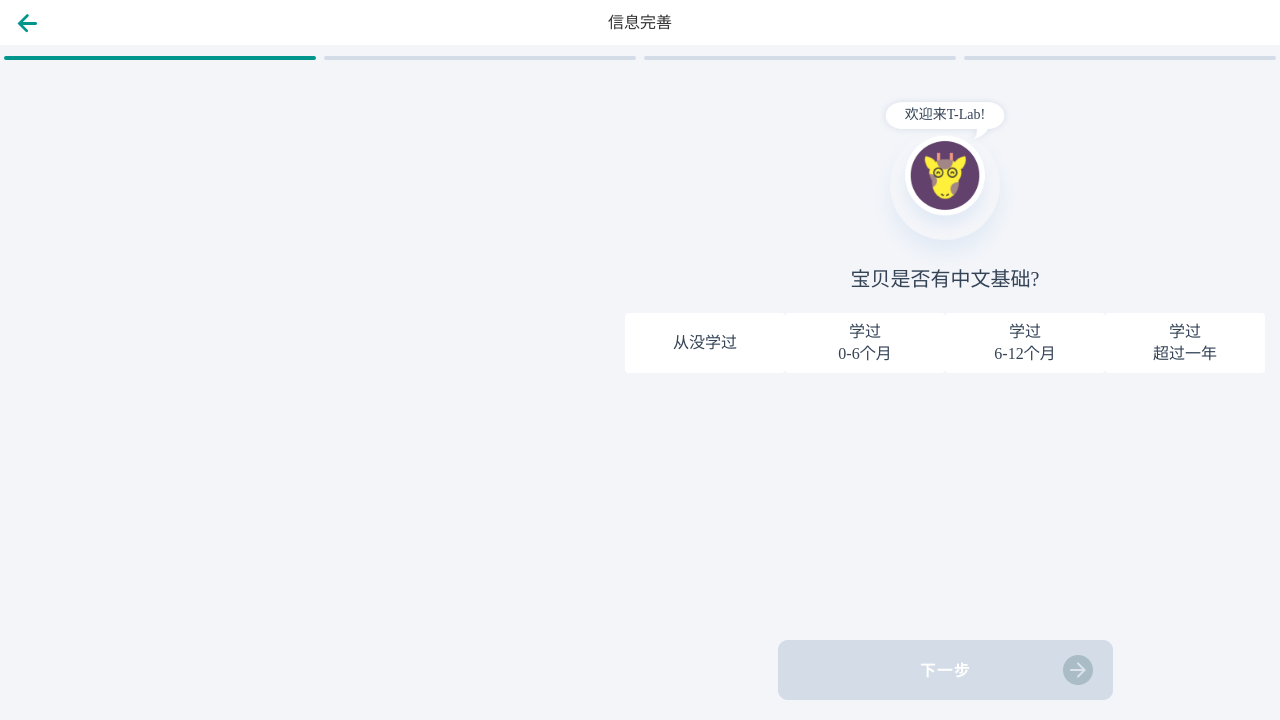
Repository: huangjf1/1
Page: /
The author's editor kept a copy of each file at every save. The page is drawn from the files as they stood at one save, then again after the next save.
The browser window is 1280 px wide. The pictures show the whole page.
The project was rebuilt for these pictures with package versions that can differ from the ones it lists, and the page was loaded fresh each time. Also part of the build but not shown: vue.config.js.

Above is the page before, as saved 2021-08-24 12:17:23.

### src/main.js
import { createApp } from 'vue'
import { NavBar, Swipe, SwipeItem, Picker, Field, Popup } from 'vant';
import App from './App.vue'
import router from './router'
import less from 'less'
import "lib-flexible/flexible.js"
import 'vant/lib/index.css';
const app = createApp(App)
app.use(router)
app.use(less)
app.use(NavBar)
app.use(Swipe)
app.use(Picker)
app.use(Field)
app.use(SwipeItem)
app.use(Popup)
app.mount('#app')

### src/App.vue
<template>
  <div id="app">
    <router-view></router-view>
  </div>
</template>

<script>
export default {
  name: 'App',
}
</script>
<style>
*{
  margin: 0;
  padding: 0;
  font-family: Montserrat,PingFang,Microsoft YaHei;
}
#app {
  width: 100%;
  height: 100%;
  position: absolute;
  left: 0;
  right: 0;
  top: 0;
  bottom: 0;
}
</style>

### src/router/index.js
import { createRouter, createWebHashHistory } from 'vue-router'
const router = createRouter({
  history: createWebHashHistory(),
  routes: [
    {
      path: '/',
      name: '/',
      redirect: '/index'
    },
    {
    path: '/index',
    name: 'index',
    component: () => import('@/views/index.vue'),
    meta: {
      index: 1
    }
  },]
})
export default router

### src/views/index.vue

<template>
  <div class="content">
    <van-nav-bar title="信息完善" left-arrow @click-left="onClickLeft">
      <template #left>
        <img class="backIcon" src="@/assets/image/back.png" alt="">
      </template>
    </van-nav-bar>
    <div class="tabs">
      <div :class="initIndex>=0?'currentTab':''"></div>
      <div :class="initIndex>=1?'currentTab':''"></div>
      <div :class="initIndex>=2?'currentTab':''"></div>
      <div :class="initIndex>=3?'currentTab':''"></div>
      <!-- <div :class="initIndex==4?'currentTab':''"></div> -->
    </div>
    <div class="my-swipe">
      <van-swipe ref="swipe"  indicator-color="transparent" :touchable="false">
        <!-- 是否有中文基础 -->
        <van-swipe-item class="pageFour">
          <div class="select-chines">
            <div class="message-info">欢迎来T-Lab!</div>
            <img class="avatar" src="@/assets/image/avatar.png">
            <p>宝贝是否有中文基础?</p>
            <div class="select-list-box">
              <div @click="selectChines!=0?selectChines=0:selectChines=null" class="select-list" :class="selectChines==0?'current-select-list':''">
                从没学过
              </div>
              <div @click="selectChines!=1?selectChines=1:selectChines=null" class="select-list" :class="selectChines==1?'current-select-list':''">
                <p>学过</p>
                <p>0-6个月</p>
              </div>
              <div @click="selectChines!=2?selectChines=2:selectChines=null" class="select-list" :class="selectChines==2?'current-select-list':''">
                <p>学过</p>
                <p>6-12个月</p>
              </div>
              <div @click="selectChines!=3?selectChines=3:selectChines=null" class="select-list" :class="selectChines==3?'current-select-list':''">
                <p>学过</p>
                <p>超过一年</p>
              </div>
            </div>
          </div>
          <div class="btn" @click="next(1)" v-show="selectChines!=null"></div>
          <div class="btn-gray" v-show="selectChines==null"></div>
        </van-swipe-item>
        <!-- 学习中文的侧重点 -->
        <van-swipe-item class="pageFour">
          <div class="select-chines">
            <img class="avatar" src="@/assets/image/avatar.png">
            <p>宝贝学习中文的侧重点? (可多选)</p>
            <div class="select-list-box">
              <div class="select-list" @click="selectList(item, index)" :class="item.check==true?'current-select-list':''" v-for="(item, index) in list" :key="index">
                {{item.text}}
              </div>
            </div>
          </div>
          <div class="btn" @click="next(2)" v-show="list.some(item => item.check === true)"></div>
          <div class="btn-gray" v-show="!list.some(item => item.check === true)"></div>
        </van-swipe-item>
        <!-- 选择出生年月 -->
        <van-swipe-item class="pageThree">
          <div class="select-age">
            <img class="avatar" src="@/assets/image/avatar.png">
            <p>宝贝哪年出生?</p>
            <van-field
              v-model="result"
              is-link
              readonly
              placeholder="请选择"
              @click="showPicker = true"
              arrow-direction='down'
              input-align='center'
              :border='false'
            />
            <div class="age-desc">我们会根据孩子不同的年龄推荐相应的体验课程</div>

          </div>
          <div class="btn" @click="next(3)" v-show="result"></div>
          <div class="btn-gray" v-show="!result"></div>
        </van-swipe-item>
        <!-- 输入昵称 -->
        <van-swipe-item class="pageOne">
          <div class="pageOneDesc">
            <img class="avatar" src="@/assets/image/avatar.png">
            <div class="nameDesc">点击输入宝贝昵称</div>
            <input @input="changeText" v-model="name" type="text" placeholder="请输入">
            <div class="message" :class="firstShow?'messageColor':''">最多14个英文字符或7个汉字</div>
          </div>
          <div class="btn btn-success" v-show="!firstShow"></div>
          <div class="btn-gray" v-show="firstShow"></div>
        </van-swipe-item>
        <!-- 选择性别 -->
        <!-- <van-swipe-item class="pageTwo">
          <div class="selectSex">
            <div class="man" @click="selectSex!=1?selectSex=1:selectSex=''">
              <img class="manImg" src="@/assets/image/man.png">
              <img class="checkImg" v-show="selectSex==1" src="@/assets/image/checked.png">
            </div>
            <div class="andText">或</div>
            <div class="woman" @click="selectSex!=2?selectSex=2:selectSex=''">
              <img class="womanImg" src="@/assets/image/woman.png">
              <img class="checkImg" v-show="selectSex==2" src="@/assets/image/checked.png">
            </div>
          </div>
          <div class="btn" @click="next(2)" v-show="selectSex!=''"></div>
          <div class="btn-gray" v-show="selectSex==''"></div>
        </van-swipe-item> -->
      </van-swipe>
    </div>
    <van-popup v-model:show="showPicker" round position="bottom">
      <van-picker
        show-toolbar
        :columns="columns"
        @cancel="showPicker = false"
        @confirm="onConfirm"
        confirm-button-text="确定"
        confirm-color='red'
      />
    </van-popup>
  </div>
</template>
<script>
import { ref, onMounted } from 'vue'
export default {
  components: {

  },
  setup () {
    let initIndex = ref(0)
    let name = ref('')
    let selectChines = ref(null)
    let swipe = ref('')
    let firstShow = ref(true)
    let selectSex = ref('')
    let date = new Date()
    let year = date.getFullYear()
    console.log(year)
    const columns = []
    for (var i = 2000;i<=year;i++){
      columns.unshift({
        text: i
      })
    }
    // 侧重点列表
    const list = ref([
      { text: '拼音', check: false },
      { text: '听力', check: false },
      { text: '阅读', check: false },
      { text: '口语', check: false}
    ])
    const result = ref('');
    const showPicker = ref(false);
    const onConfirm = (value) => {
      result.value = value.text;
      showPicker.value = false;
    };
    // 返回
    const onClickLeft = () => {
      if (initIndex.value>0){
        swipe.value.prev()
        initIndex.value -= 1
      }
    }
    const selectList = (item) => {
      item.check = !item.check
    }
    const changeText = () => {
      /*eslint-disable*/
      let len = name.value.replace(/[^\x00-\xFF]/g,'**').length
      if (len<=14 && len>0) {
        firstShow.value = false
      } else {
        firstShow.value = true
      }
    }
    const next = (index) => {
      if (initIndex.value<4){
        swipe.value.next()
        initIndex.value = index
      }
    }
    onMounted (()=>{

    })
    return {
      initIndex,
      swipe,
      firstShow,
      columns,
      result,
      showPicker,
      list,
      selectChines,
      name,
      changeText,
      selectSex,
      onClickLeft,
      onConfirm,
      selectList,
      next
    }
  }
}
</script>
<style scoped lang="less">
 .content {
   width: 100%;
   height: 100%;
   margin: 0 auto;
   display: flex;
   flex-direction: column;
   background: #f3f5f9;
   .backIcon {
     width: 24px;
     height: 24px;
   }
   .my-swipe {
      flex: 1;
      .van-swipe {
       height: 100%;
      }
      .van-swipe-item {
       color: #fff;
       font-size: 20px;
       text-align: center;
      }
      /deep/.van-swipe__indicators {
        display: none;
      }
      .pageOne {
        max-width: 670px;
        position: relative;
        display: flex;
        flex-direction: column;
        .pageOneDesc{
          flex: 1;
          max-width: 670px;
        }
        .nameDesc {
          text-align: center;
          color: #344356;
          font-size: 16px;
          font-weight: 600;
          font-family: PingFang HK;
          margin-top: 25px;
        }
        input {
          width: 335px;
          height: 16px;
          line-height: 16px;
          background: #FFFFFF;
          padding: 17px 0;
          border-radius: 10px;
          border: none;
          outline: none;
          font-size: 16px;
          text-align: center;
          margin-top: 19px;
          color: #344356;
        }
        .message {
          color: #344356;
          font-size: 14px;
          margin-top: 10px;
          &.messageColor {
            color: #FF7044;
          }
        }

      }
      .pageTwo {
        position: relative;
        display: flex;
        flex-direction: column;
        .selectSex {
          width: 140px;
          height: 340px;
          margin: 100px auto 0;
          flex: 1;
          .man,.woman {
            width: 140px;
            height: 140px;
            background: #FFFFFF;
            position: relative;
            cursor: pointer;
            .manImg{
              width: 56px;
              height: 59px;
              position: absolute;
              left: 0;
              top: 0;
              bottom: 0;
              right: 0;
              margin: auto;
            }
            .womanImg {
              width: 62px;
              height: 58px;
              position: absolute;
              left: 0;
              top: 0;
              bottom: 0;
              right: 0;
              margin: auto;
            }
            .checkImg {
              width: 22px;
              height: 22px;
              position: absolute;
              right: 5px;
              top: 5px;
            }
          }
          .andText {
            height: 60px;
            line-height: 60px;
            color: #344356;
            text-align: center;
            font-size: 16px;
          }
        }
      }
      .pageThree {
        display: flex;
        flex-direction: column;
        max-width: 670px;
        .select-age {
          max-width: 670px;
          flex: 1;
          margin: 0 auto;
          >p{
            color: #344356;
            font-size: 20px;
            margin-top: 20px;
            font-family: PingFang HK;
            font-style: normal;
            font-weight: 500;
            margin-bottom: 25px;
          }
          .age-desc {
            color: #5a6776;
            font-family: PingFang HK;
            font-style: normal;
            font-weight: normal;
            font-size: 14px;
            line-height: 20px;
            margin-top: 20px;
          }
          .van-field {
            border-radius: 5px;
          }
          /deep/ .van-popup--bottom {
            max-width: 1024px;
            left: 0;
            right: 0;
            margin: auto;
            bottom: 0;
          }
          /deep/ .van-picker__toolbar {
            color: gray;
          }
          /deep/ .van-picker__confirm {
            color: #344356
          }
        }
      }
      .pageFour {
        max-width: 670px;
        margin: 0 auto;
        display: flex;
        flex-direction: column;
        .select-chines {
          flex: 1;
          max-width: 670px;
          margin: 0 auto;
          position: relative;
          .message-info {
            width: 136px;
            height: 52px;
            position: absolute;
            background: url('~@/assets/image/Union.png') no-repeat;
            background-size: 100% 100%;
            left: 0;
            right: 0;
            margin: auto;
            top: 35px;
            font-family: PingFang HK;
            font-style: normal;
            font-weight: 500;
            font-size: 14px;
            line-height: 40px;
            color: #344356;
          }
          >p {
            font-family: PingFang HK;
            font-style: normal;
            font-weight: 500;
            font-size: 20px;
            line-height: 28px;
            color: #344356;
            margin-top: 20px;
          }
          .select-list-box {
            display: flex;
            flex-wrap: wrap;
            justify-content: space-around;
          }
          .select-list {
            width: 160px;
            height: 60px;
            display: flex;
            flex-direction: column;
            align-items: center;
            background: white;
            font-family: PingFang HK;
            font-style: normal;
            font-weight: 500;
            font-size: 16px;
            line-height: 22px;
            display: flex;
            justify-content: center;
            text-align: center;
            color: #344356;
            border-radius: 4px;
            margin-top: 20px;
            &.current-select-list {
              background: #088384;
              color: white;
            }
          }
        }
      }
      .avatar {
        width: 110px;
        height: 110px;
        border-radius: 50%;
        box-shadow: 0px 12px 19px rgba(60, 128, 209, 0.0851449);
        margin-top: 70px;
      }
      .btn {
        width: 335px;
        height: 60px;
        background: url('../assets/image/button.png') no-repeat;
        background-size: 100% 100%;
        cursor: pointer;
        margin: 0 auto 20px;
      }
      .btn-success {
        background: url('../assets/image/success.png') no-repeat;
        background-size: 100% 100%;
      }
      .btn-gray {
        width: 335px;
        height: 60px;
        background: url('../assets/image/button_gray.png') no-repeat;
        background-size: 100% 100%;
        cursor: pointer;
        margin: 0 auto 20px;
      }
   }
   .tabs {
     width: 100%;
     height: 4px;
     display: flex;
     justify-content: space-around;
     margin: 10px auto 0;
     div{
       height: 4px;
       flex: 1;
       background: #D4DCE7;
       border-radius: 26px;
       margin: 0 4px;
     }
     .currentTab {
       background: #00968E;
     }
   }
 }

</style>

Loaded but not shown: public/index.html (common file)

After the next save:
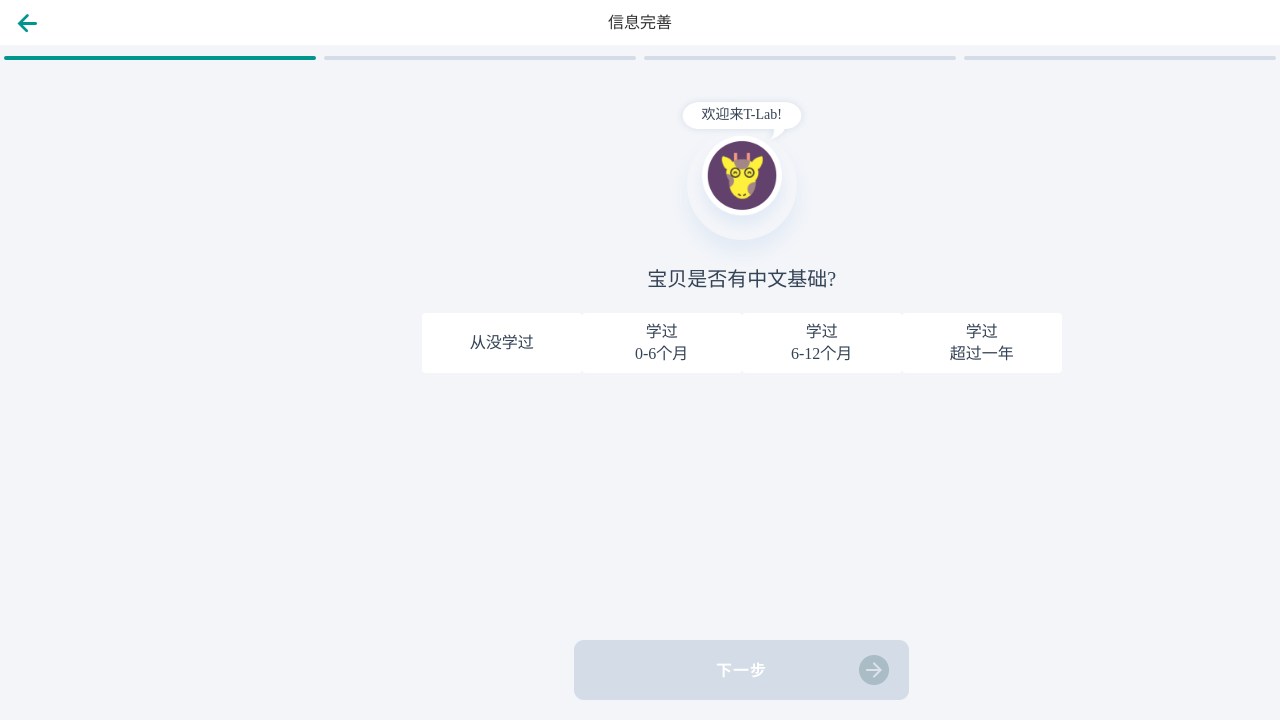
Saved 2 min 9 s later.
--- a/src/views/index.vue
+++ b/src/views/index.vue
@@ -323,6 +323,7 @@ export default {
         display: flex;
         flex-direction: column;
         max-width: 670px;
+        margin: 0 auto;
         .select-age {
           max-width: 670px;
           flex: 1;
@@ -370,6 +371,7 @@ export default {
         flex-direction: column;
         .select-chines {
           flex: 1;
+          min-width: 375px;
           max-width: 670px;
           margin: 0 auto;
           position: relative;
